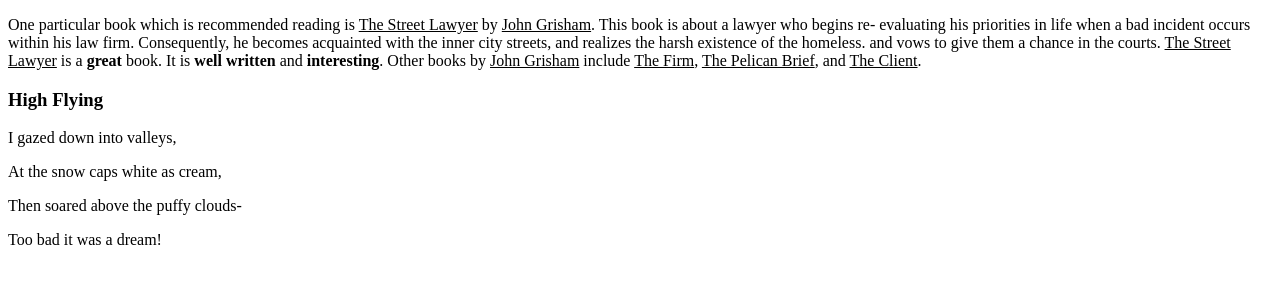
Repository: NguyenPhuSang21023391/HTCNWeb_T1-2
Page: TH_Tuan01/html/bai03.html
These files come from the project's save history. The page is drawn as it stood at one moment and after the next save; the edit follows.
The browser window is 1280 px wide. The pictures show the whole page.

Above is the page before, as saved 2023-02-19 15:40:39.

### TH_Tuan01/html/bai03.html
<!DOCTYPE html>
<html lang="en">
  <head>
    <meta charset="UTF-8" />
    <meta http-equiv="X-UA-Compatible" content="IE=edge" />
    <meta name="viewport" content="width=device-width, initial-scale=1.0" />
    <title>Document</title>
  </head>
  <body>
    <p>
      One particular book which is recommended reading is
      <u>The Street Lawyer</u> by <u>John Grisham</u>. This book is about a
      lawyer who begins re- evaluating his priorities in life when a bad
      incident occurs within his law firm. Consequently, he becomes acquainted
      with the inner city streets, and realizes the harsh existence of the
      homeless. and vows to give them a chance in the courts.
      <u>The Street Lawyer</u> is a <b>great</b> book. It is
      <b>well written</b> and <b>interesting</b>. Other books by
      <u>John Grisham</u> include <u>The Firm</u>, <u>The Pelican Brief</u>, and
      <u>The Client</u>.
    </p>

    <h3>High Flying</h3>
    <p style="text-align: left: ;;">I gazed down into valleys,</p>
    <p style="text-align: left: ;;">At the snow caps white as cream,</p>
    <p style="text-align: left: ;;">Then soared above the puffy clouds-</p>
    <p style="text-align: left: ;;">Too bad it was a dream!</p>
  </body>
</html>

After the next save:
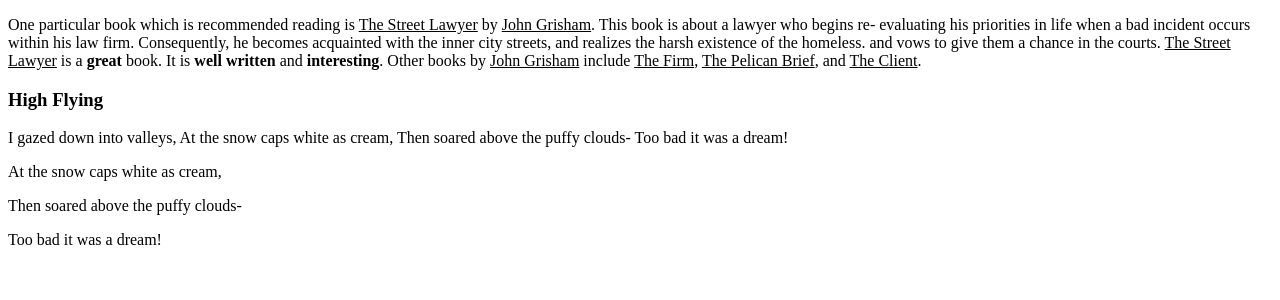
Saved 64 s later.
--- a/TH_Tuan01/html/bai03.html
+++ b/TH_Tuan01/html/bai03.html
@@ -21,7 +21,10 @@
     </p>
 
     <h3>High Flying</h3>
-    <p style="text-align: left: ;;">I gazed down into valleys,</p>
+    <p style="text-align: left: ;;">
+      I gazed down into valleys, At the snow caps white as cream, Then soared
+      above the puffy clouds- Too bad it was a dream!
+    </p>
     <p style="text-align: left: ;;">At the snow caps white as cream,</p>
     <p style="text-align: left: ;;">Then soared above the puffy clouds-</p>
     <p style="text-align: left: ;;">Too bad it was a dream!</p>
